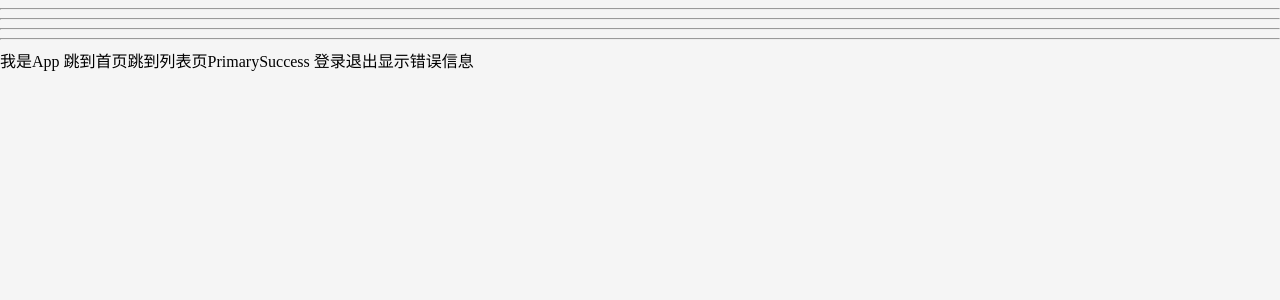
Repository: 202100202078/to-b-data-management-platform
Page: /
These files come from the project's save history. The page is drawn as it stood at one moment and after the next save; the edit follows.
The browser window is 1280 px wide. The pictures show the whole page.
The project was rebuilt for these pictures with package versions that can differ from the ones it lists, and the page was loaded fresh each time. Also part of the build but not shown: vite.config.js.

Above is the page before, as saved 2023-10-29 16:18:21.

After the next save:
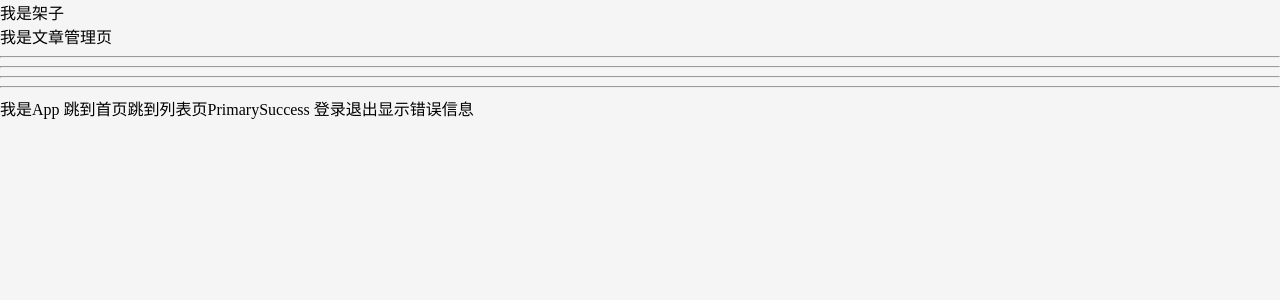
Saved 12 s later.
--- a/src/App.vue
+++ b/src/App.vue
@@ -19,6 +19,7 @@ const goList = async () => {
 
 <template>
   <div>
+    <router-view></router-view>
     <hr />
     <hr />
     <hr />
